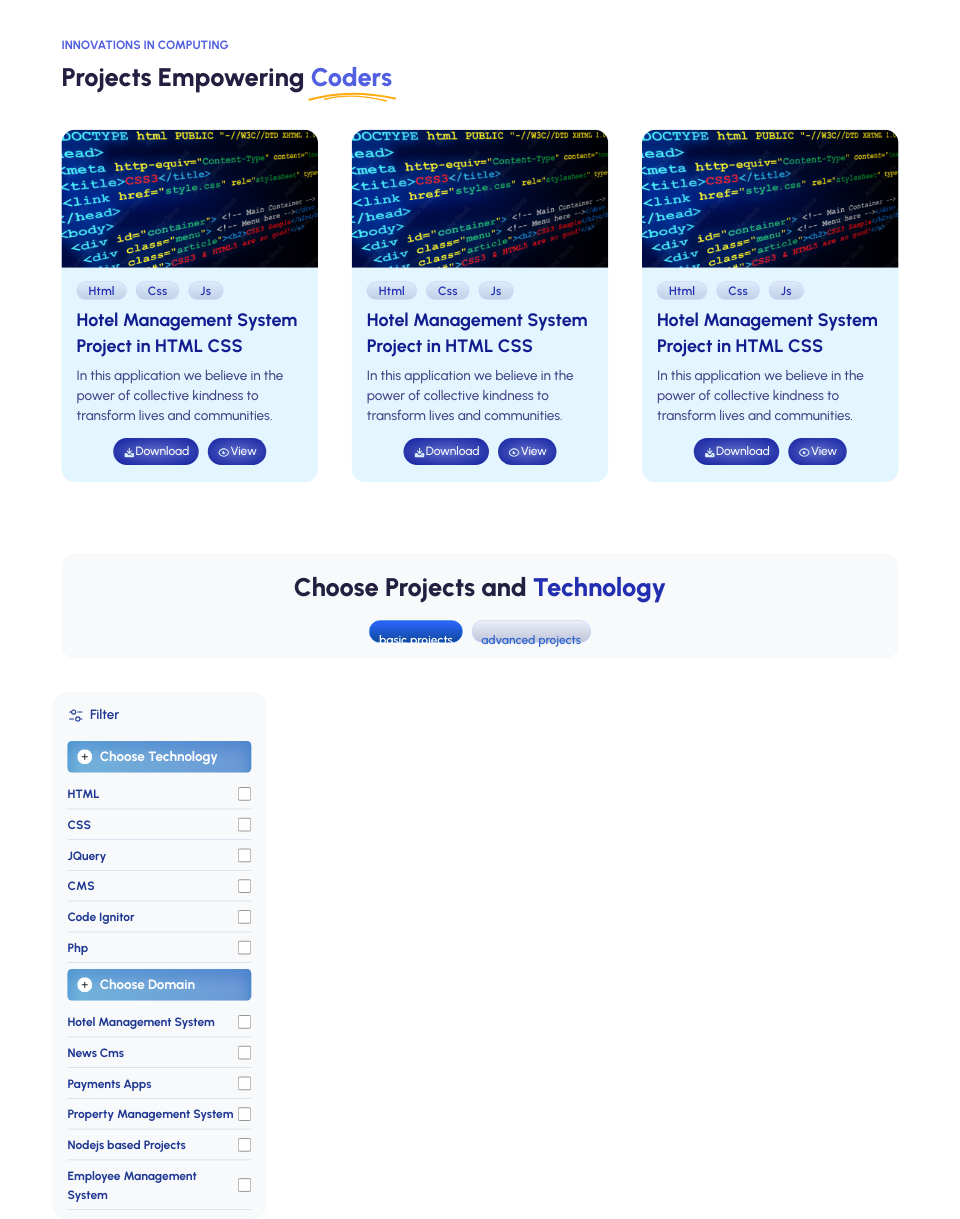
Repository: sharma171/jtccreativeideas
Page: /newsection (app in nextjssite/)
These files come from the project's save history. The page is drawn as it stood at one moment and after a run of saves; the edit follows.
The browser window is 1280 px wide. The pictures show the whole page, at 75% of full size.
The project was rebuilt for these pictures with package versions that can differ from the ones it lists, and the page was loaded fresh each time. The framework's server and built-in components were replaced by stand-ins that run in the browser. Also part of the build but not shown: nextjssite/next.config.mjs.

Above is the page before, as saved 2024-03-30 18:10:37.

### nextjssite/src/app/layout.js
// import { Inter } from "next/font/google";
// import "./globals.css";
import 'bootstrap/dist/css/bootstrap.min.css';

// const inter = Inter({ subsets: ["latin"] });

export const metadata = {
  title: "Create Next App",
  description: "Generated by create next app",
};

 const RootLayout = ({ children }) => {
  return (
    <html lang="en">
      <body>
        {/* Layout UI */}
        <main>{children}</main>
      </body>
    </html>
  )
}
export default RootLayout;

### nextjssite/src/app/newsection/page.css
@import url('https://fonts.googleapis.com/css2?family=Urbanist:ital,wght@0,100..900;1,100..900&display=swap');
* {
    font-family: 'Urbanist', sans-serif;
    font-optical-sizing: auto;
}

section.projects {
    padding: 50px 0;
}
.main-head .small-head {
    color: #525fe1;
    font-size: 16px;
    font-weight: 700;
    text-transform: uppercase;
}
.main-head .bghead {
    color: #231f40;
    font-size: 34px;
    line-height: 1.5em;
    font-weight: 800;
}
.main-head .bghead span {
    color: #525fe1;
    position: relative;
}
.main-head .bghead span img {
    position: absolute;
    top: 100%;
    left: -5.9999999999999964px;
    width: 122.29999999999994px;
    height: 12.600000000000012px;
}
.project-cards {
    padding: 0;
    margin: 45px 0;
    list-style: none;
    display: flex;
    flex-direction: row;
    gap: 45px;
}
.project-cards li {
    width: calc(33.33333333333333% - 30px);
    border-radius: 18px;
    background: #E3F5FF;
}
.project-cards li .card-inner {
    display: flex;
    flex-direction: column;
    width: 100%;
    border-top-left-radius: 18px;
    border-top-right-radius: 18px;
}
.project-cards li .card-inner .thumb {
    width: 100%;
    max-width: 100%;
    height: auto;
    object-fit: cover;
    border-top-left-radius: 18px;
    border-top-right-radius: 18px;
}
.project-cards li .card-inner .info {
    padding: 18px 20px;
    display: flex;
    flex-direction: column;
    gap: 10px;
}

.project-cards li .card-inner .info .tech-info {
    display: flex;
    flex-direction: row;
    align-items: center;
    gap: 12px;
}
.project-cards li .card-inner .info .tech-info span {
    height: 25px;
    font-size: 16px;
    color: #222FB0;
    padding: 0 15px;
    font-weight: 600;
    letter-spacing: 0.3px;
    line-height: 16px;
    background: linear-gradient(181deg, #d2d7f152, #C0D0E7);
    align-content: center;
    border-radius: 19px;
    border: 1px solid #ccd3fbc2;
}
.project-cards li .card-inner .info .text-link {
    text-decoration: none;
}
.project-cards li .card-inner .info .heading {
    font-size: 24px;
    line-height: 1.4em;
    font-weight: 700;
    color: #111D8F;
    margin: 0;
}
.project-cards li .card-inner .info .cardpara {
    font-size: 18px;
    line-height: 1.5em;
    font-weight: 500;
    color: #444487;
    margin: 0 0 6px 0;
}
.project-cards li .card-inner .info .card-button {
    display: flex;
    flex-direction: row;
    align-items: center;
    justify-content: center;
    gap: 12px;
    margin-bottom: 5px;
}
.project-cards li .card-inner .info .card-button .bot-button {
    background: radial-gradient(#5C6AC8, #121F9F);
    padding: 6px 13px;
    font-size: 16px;
    line-height: 1.5em;
    align-content: center;
    border-radius: 20px;
    text-decoration: none;
    color: #fff;
    font-weight: 500;
}
@media (max-width: 1200px) and (min-width:992px){
    .project-cards li .card-inner .info .tech-info span{
        font-size: 14px;
        padding: 0 12px;
        height: 20px;
    }
    .project-cards li .card-inner .info .tech-info {
        gap: 8px;
    }
    .project-cards li .card-inner .info .heading {
        font-size: 20px;
    }
    .project-cards li .card-inner .info .cardpara {
        font-size: 15px;
        line-height: 1.3em;
    }

    .project-cards {
        gap:18px;

    }
    .project-cards li {
        width: calc(33.33333333333333% - 12.8px);
    }
    .project-cards li .card-inner .info .card-button .bot-button {
        padding: 4px 11px;
        font-size: 14px;
        line-height: 1.4em;
    }
}
@media (max-width: 991px) and (min-width:768px){
    .project-cards li .card-inner .info .tech-info span{
        font-size: 14px;
        padding: 0 12px;
        height: 20px;
    }
    .project-cards li .card-inner .info .tech-info {
        gap: 8px;
    }
    .project-cards li .card-inner .info .heading {
        font-size: 20px;
    }
    .project-cards li .card-inner .info .cardpara {
        font-size: 15px;
        line-height: 1.3em;
        margin-bottom: 4px;
    }

    .project-cards {
        gap:18px;

    }
    .project-cards li {
        width: calc(33.33333333333333% - 12.8px);
    }
    .project-cards li .card-inner .info {
        padding: 12px 12px;
        gap:6px;
    }
    .project-cards li .card-inner .info .card-button .bot-button img {
        width: 16px;
        height: 16px;
        margin: -3px 2px 0 0;
    }
    .project-cards li .card-inner .info .card-button .bot-button {
        padding: 4px 11px;
        font-size: 12px;
        line-height: 1.4em;
    }
}
@media (max-width: 768px) and (min-width:500px) {
    .project-cards {
        max-width: 100%;
        overflow-x: scroll;
        overflow-y: hidden;
    }
    .project-cards li {
        width: 519px;
        min-width: 371px;
    }
}
@media (max-width: 500px) and (min-width:0px) {
    .project-cards {
        max-width: 100%;
        overflow-x: scroll;
        overflow-y: hidden;
    }
    .project-cards li {
        width: 330px;
        min-width: 300px;
    }
    .project-cards li .card-inner .info {
        padding: 12px 12px;
        gap:6px;
    }
    .project-cards li .card-inner .info .card-button .bot-button img {
        width: 16px;
        height: 16px;
        margin: -3px 2px 0 0;
    }
    .project-cards li .card-inner .info .card-button .bot-button {
        padding: 4px 11px;
        font-size: 12px;
        line-height: 1.4em;
    }
    .project-cards li .card-inner .info .tech-info span {
        font-size: 14px;
        padding: 0 12px;
        height: 20px;
    }
    .project-cards li .card-inner .info .tech-info {
        gap: 8px;
    }
    .project-cards li .card-inner .info .heading {
        font-size: 18px;
    }
    .project-cards li .card-inner .info .cardpara {
        font-size: 15px;
        line-height: 1.3em;
        margin-bottom: 4px;
    }
    .project-cards {
        gap:18px;
    }
}
.ecom-head {
    display: flex;
    flex-direction: column;
    gap: 12px;
    align-items: center;
    padding: 21px 0;
    background: #F7F9FB;
    border-radius: 18px;
    margin-bottom: 45px;
}
.ecom-head .top-head {
    font-size: 34px;
    line-height: 1.4em;
    font-weight: 800;
    color: #231F40;
}
.ecom-head .top-head span {
    color: #222FB0;
}
.ecom-head .tabs {
    display: flex;
    flex-direction: row;
    align-items: center;
    gap: 12px;
}
.ecom-head .tabs .tab-button.active {
    height: 25px;
    align-content: center;
    padding: 14px 12px;
    background: linear-gradient(#2B66FF, #104A9E);
    border-radius: 18px;
    font-size: 16px;
    font-weight: 600;
    color: #fff;
    border: 1px solid #1163DB;
}
.ecom-head .tabs .tab-button.active:hover {
    background: linear-gradient(#d2d7f149, #3844894b);
    border-radius: 18px;
    font-weight: 600;
    color: #2F65CE;
    border: 1px solid #ccd3fbbd;
}
.ecom-head .tabs .tab-button:hover {
    background: linear-gradient(#2B66FF, #104A9E);
    border-radius: 18px;
    font-size: 16px;
    font-weight: 600;
    color: #fff;
    border: 1px solid #1163DB;
}
.ecom-head .tabs .tab-button {
    height: 25px;
    align-content: center;
    padding: 14px 12px;
    background: linear-gradient(#d2d7f149, #3844894b);
    border-radius: 18px;
    font-weight: 600;
    color: #2F65CE;
    border: 1px solid #ccd3fbbd;
    transition: all 0.3s;
    cursor: pointer;
}
.ecom-filter {
    background: #F7F9FB;
    padding: 20px;
    border-radius: 18px;
    display: flex;
    flex-direction: column;
    gap: 16px;
}
.ecom-filter .icon-tophead {
    display: flex;
    flex-direction: row;
    gap: 8px;
}
.ecom-filter .icon-tophead svg {
    width: 22px;
    height: 22px;
}
.ecom-filter .icon-tophead .head {
    font-size: 18px;
    font-weight: 600;
    color: #1E3792;
}
.ecom-filter .filter-head {
    display: flex;
    flex-direction: row;
    background: linear-gradient(128deg, #16a0cb54, #0027b25c);
    align-items: center;
    align-content: center;
    box-shadow: inset #0771be54 0px -19px 15px, inset #075bbe7d 0px 21px 20px;
    border-radius: 6px;
    padding: 8px 13px;
    gap: 10px;
}
.ecom-filter .filter-head .head {
    font-size: 18px;
    line-height: 26px;
    font-weight: 700;
    color: #ffffff;
    margin: 0;
}
.ecom-filter .filter-techlist {
    display: flex;
    flex-direction: column;
    gap: 16px;
    list-style: none;
    margin: 0;
    padding: 0;
}
.ecom-filter .filter-techlist li {
    display: flex;
    flex-direction: row;
    position: relative;
}
.ecom-filter .filter-techlist li::after {
    content: "";
    position: absolute;
    bottom: -8px;
    width: 100%;
    height: 1px;
    background: #1e379229;
}
.ecom-filter .filter-techlist li label {
    width: 100%;
    font-size: 16px;
    line-height: 25px;
    font-weight: 700;
    color: #1E3792;
}
.ecom-filter .filter-techlist li label + input[type="checkbox"] {
    border-color: #1E3792 !important;
    width: 20px;
}

Loaded but not shown: nextjssite/src/app/newsection/page.jsx (177 lines, source omitted)

After the next 2 saves:
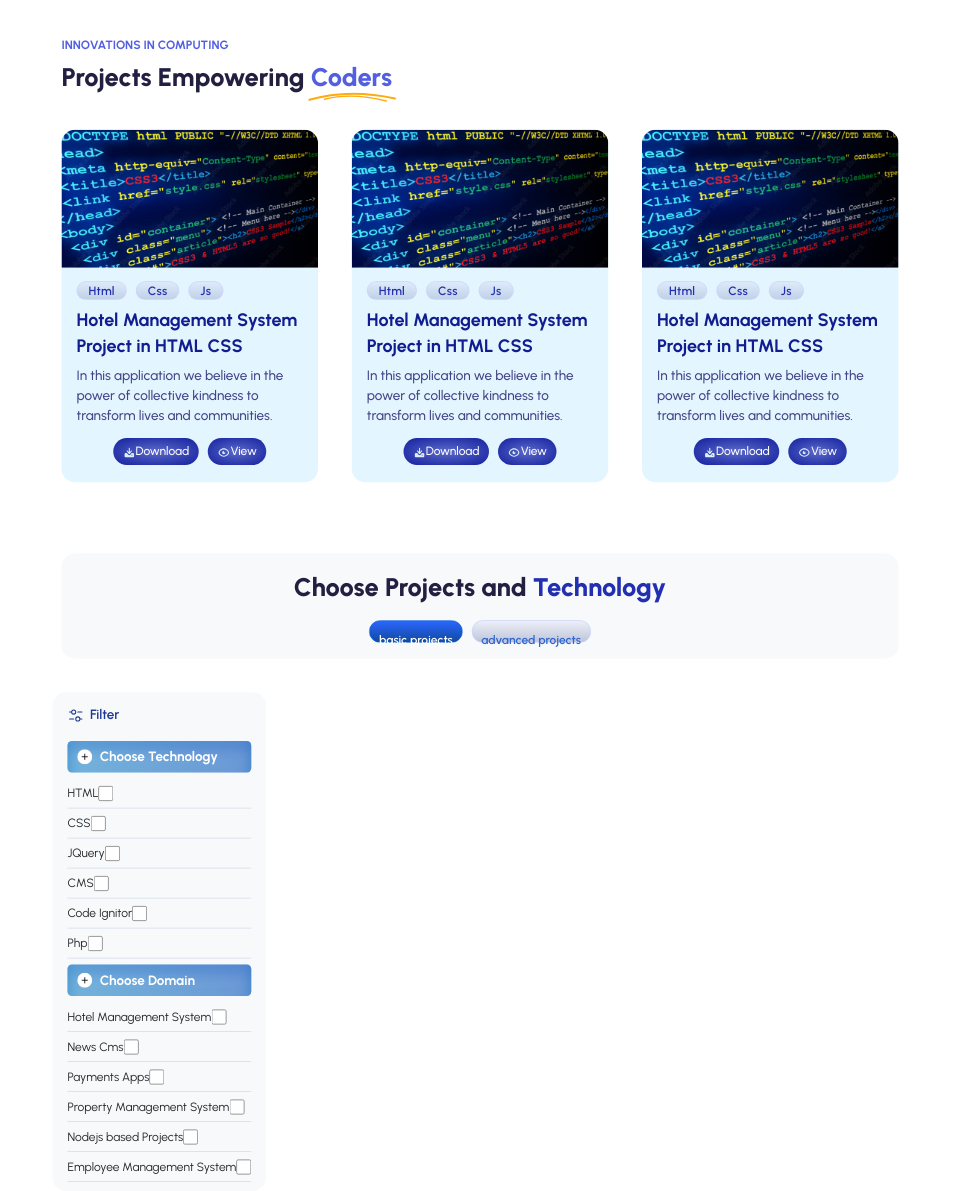
The 2 saves are shown as one change because they came seconds apart.
The last was saved 39 s later.
--- a/nextjssite/src/app/newsection/page.css
+++ b/nextjssite/src/app/newsection/page.css
@@ -369,6 +369,7 @@
     height: 1px;
     background: #1e379229;
 }
+.ecom-filter .filter-techlist li:last-child::after
 .ecom-filter .filter-techlist li label {
     width: 100%;
     font-size: 16px;

After the save that followed:
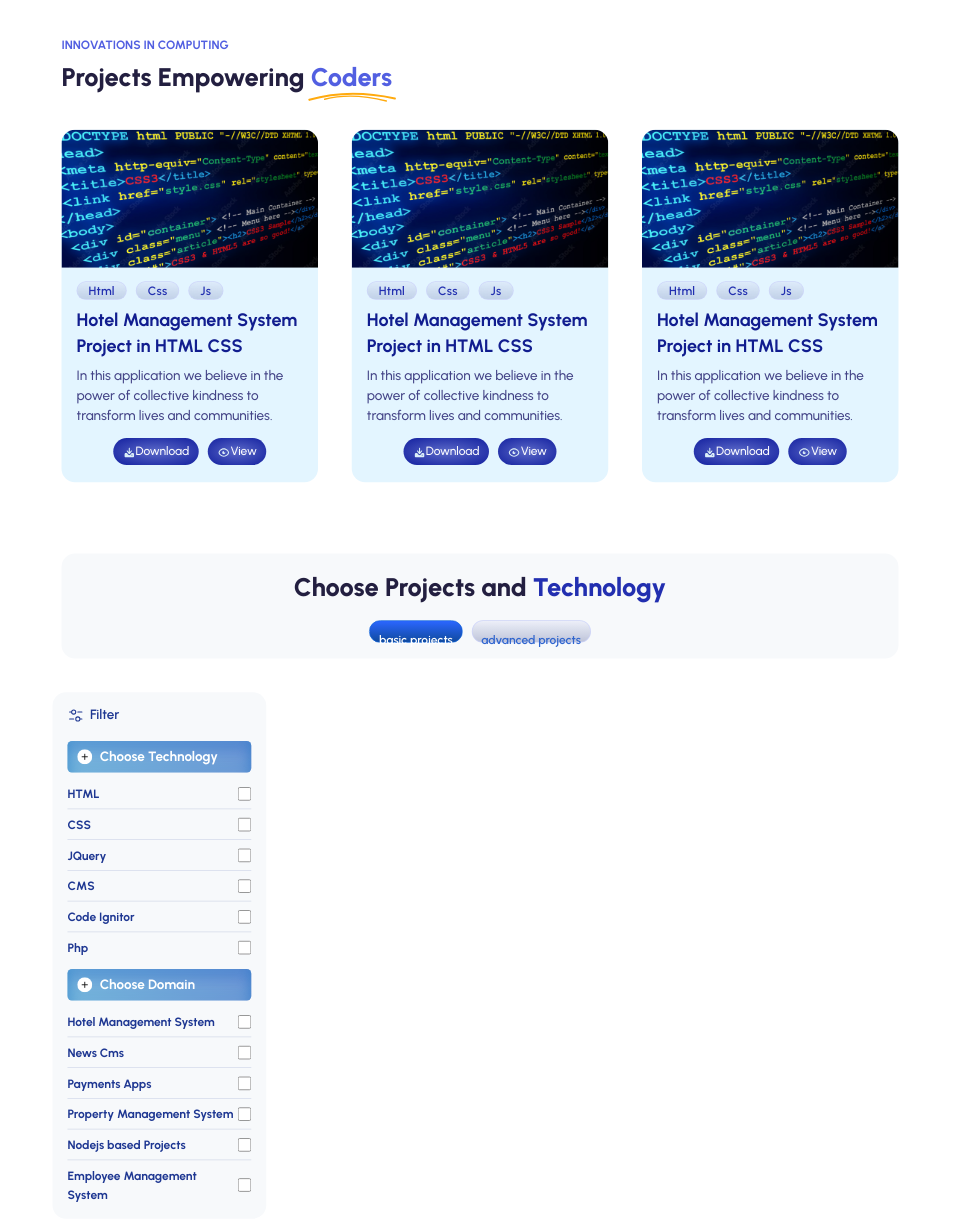
Saved 11 s later.
--- a/nextjssite/src/app/newsection/page.css
+++ b/nextjssite/src/app/newsection/page.css
@@ -369,7 +369,9 @@
     height: 1px;
     background: #1e379229;
 }
-.ecom-filter .filter-techlist li:last-child::after
+.ecom-filter .filter-techlist li:last-child::after {
+    display: none;
+}
 .ecom-filter .filter-techlist li label {
     width: 100%;
     font-size: 16px;
